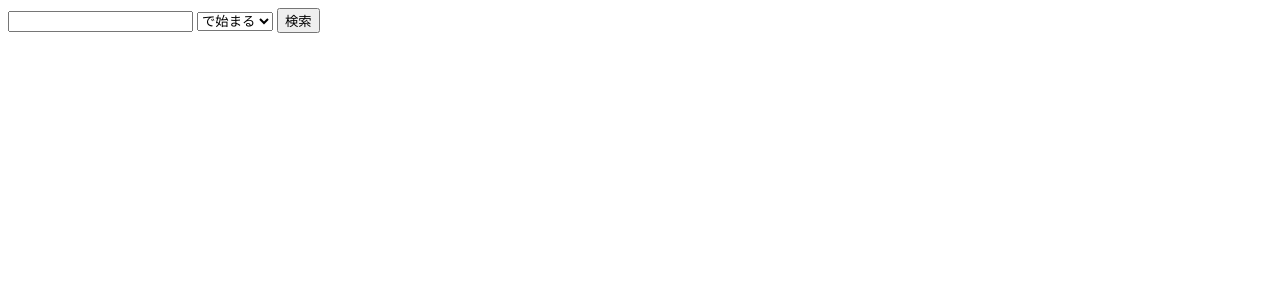
Repository: ltbur/javaEc2
Page: http://localhost/ejword/main
The author's editor kept a copy of each file at every save. The page is drawn from the files as they stood at one save, then again after the next save.
The browser window is 1280 px wide. The pictures show the whole page.
The page is served by Tomcat 9.

Above is the page before, as saved 2022-06-07 03:46:14.

After the next save:
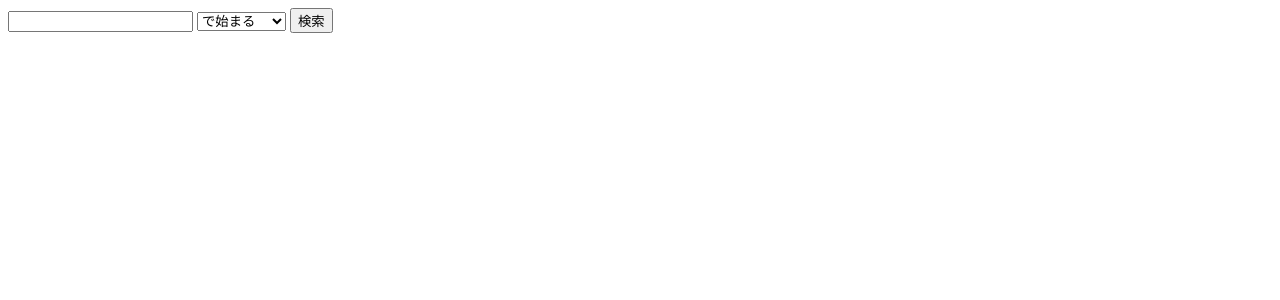
Saved 33 s later.
--- a/ejword/WebContent/WEB-INF/view/main.jsp
+++ b/ejword/WebContent/WEB-INF/view/main.jsp
@@ -20,7 +20,7 @@ List<Word> list=(List<Word>)request.getAttribute("list");
 <option value="startsWith"<%if(mode.equals("startsWith")) out.print(" selected"); %>>で始まる</option>
 <option value="contains"<%if(mode.equals("contains")) out.print(" selected"); %>>を含む</option>
 <option value="endsWith"<%if(mode.equals("endsWith")) out.print(" selected"); %>>で終わる</option>
-<option value="match"<%if(mode.equals("match")) out.print(" selected"); %>>一致する</option>
+<option value="match"<%if(mode.equals("match")) out.print(" selected"); %>>と一致する</option>
 </select>
 <button type="submit">検索</button>
 </form>
